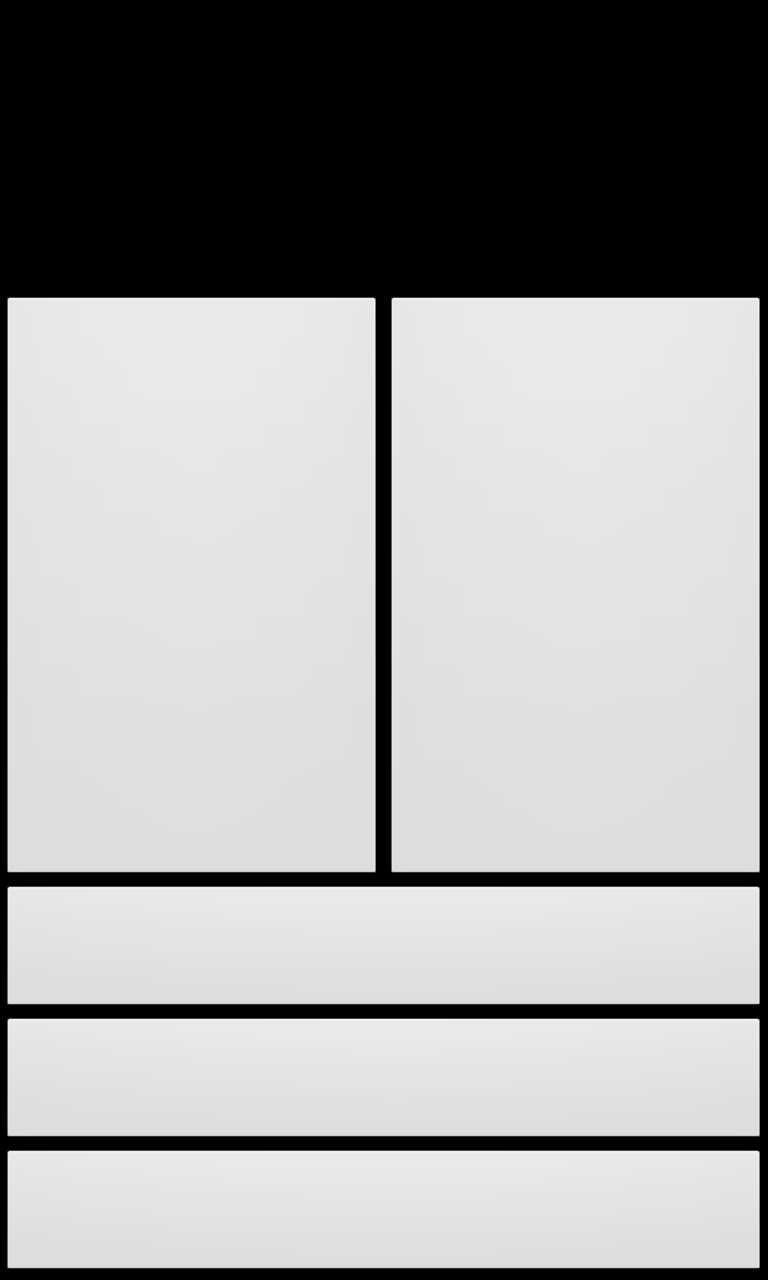
Repository: limjunghoon/fmfinance
Layout: trunk/Sample/Test/FmFinanceLayout/res/layout/main.xml
An editor plug-in stored every save of this project. The layout is shown before and after the next save, followed by the edit.
It is drawn on a 768 x 1280 px phone screen (xhdpi) without system bars, with theme android:Theme; the app's code is not run.

Above is the layout before, as saved 2010-07-13 08:42:50.

### trunk/Sample/Test/FmFinanceLayout/res/layout/main.xml
<?xml version="1.0" encoding="utf-8"?>
<LinearLayout xmlns:android="http://schemas.android.com/apk/res/android"
    android:orientation="vertical"
    android:layout_width="fill_parent"
    android:layout_height="fill_parent"
    >

<LinearLayout android:id="@+id/LinearLayoutMainPosition" android:layout_width="fill_parent" android:layout_weight="1" android:layout_height="wrap_content">


</LinearLayout>
<LinearLayout android:id="@+id/LinearLayoutIncomeExpensRate" android:layout_width="fill_parent" android:layout_weight="2" android:layout_height="wrap_content"></LinearLayout>
<LinearLayout android:id="@+id/LinearLayoutIncomeExpensBtn" android:layout_weight="5" android:layout_width="fill_parent" android:layout_height="wrap_content">

<Button android:text="@+id/Button01" android:id="@+id/Button01" android:layout_width="wrap_content" android:layout_weight="1" android:layout_height="fill_parent" android:layout_gravity="center"></Button>
<Button android:text="@+id/Button02" android:id="@+id/Button02" android:layout_width="wrap_content" android:layout_weight="1" android:layout_height="fill_parent" android:layout_gravity="center"></Button>
</LinearLayout>
<LinearLayout android:id="@+id/LinearLayoutTodayInfo" android:layout_width="fill_parent" android:layout_weight="4" android:orientation="vertical">




<Button></Button>
<Button android:text="@+id/Button03" android:id="@+id/Button03" android:layout_weight="1" android:layout_width="fill_parent"></Button>
<Button android:text="@+id/Button04" android:id="@+id/Button04" android:layout_weight="1" android:layout_width="fill_parent"></Button>
<Button android:text="@+id/Button05" android:id="@+id/Button05" android:layout_weight="1" android:layout_width="fill_parent"></Button>
</LinearLayout>

<LinearLayout android:id="@+id/LinearLayout01" android:layout_height="wrap_content"></LinearLayout>
</LinearLayout>

After the next save:
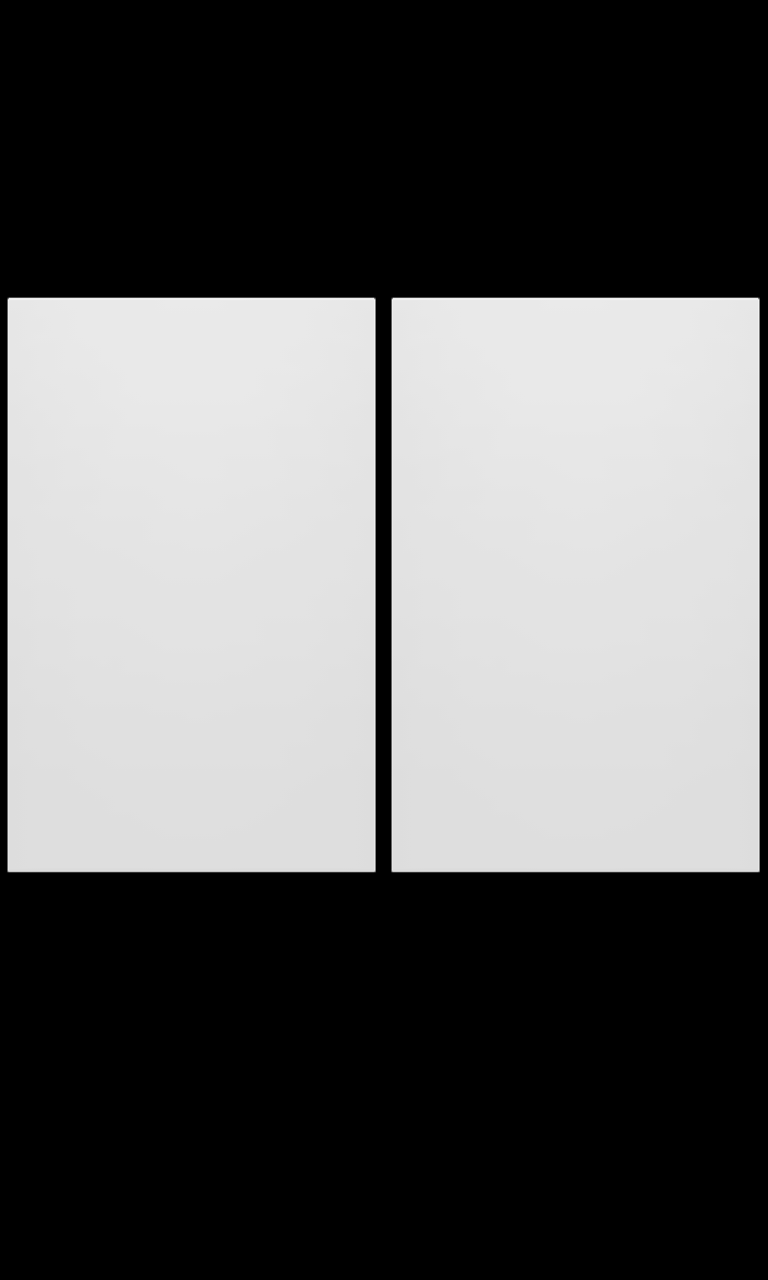
Saved 33 s later.
--- a/trunk/Sample/Test/FmFinanceLayout/res/layout/main.xml
+++ b/trunk/Sample/Test/FmFinanceLayout/res/layout/main.xml
@@ -12,19 +12,14 @@
 <LinearLayout android:id="@+id/LinearLayoutIncomeExpensRate" android:layout_width="fill_parent" android:layout_weight="2" android:layout_height="wrap_content"></LinearLayout>
 <LinearLayout android:id="@+id/LinearLayoutIncomeExpensBtn" android:layout_weight="5" android:layout_width="fill_parent" android:layout_height="wrap_content">
 
-<Button android:text="@+id/Button01" android:id="@+id/Button01" android:layout_width="wrap_content" android:layout_weight="1" android:layout_height="fill_parent" android:layout_gravity="center"></Button>
-<Button android:text="@+id/Button02" android:id="@+id/Button02" android:layout_width="wrap_content" android:layout_weight="1" android:layout_height="fill_parent" android:layout_gravity="center"></Button>
+<Button android:text="@+id/Button01" android:id="@+id/Button01" android:layout_width="wrap_content" android:layout_weight="1" android:layout_height="fill_parent"></Button>
+<Button android:text="@+id/Button02" android:id="@+id/Button02" android:layout_width="wrap_content" android:layout_weight="1" android:layout_height="fill_parent"></Button>
 </LinearLayout>
-<LinearLayout android:id="@+id/LinearLayoutTodayInfo" android:layout_width="fill_parent" android:layout_weight="4" android:orientation="vertical">
+<LinearLayout android:id="@+id/LinearLayoutTodayInfo" android:layout_width="fill_parent" android:layout_weight="4" android:layout_height="wrap_content" android:orientation="vertical">
 
 
 
 
-<Button></Button>
-<Button android:text="@+id/Button03" android:id="@+id/Button03" android:layout_weight="1" android:layout_width="fill_parent"></Button>
-<Button android:text="@+id/Button04" android:id="@+id/Button04" android:layout_weight="1" android:layout_width="fill_parent"></Button>
-<Button android:text="@+id/Button05" android:id="@+id/Button05" android:layout_weight="1" android:layout_width="fill_parent"></Button>
 </LinearLayout>
 
-<LinearLayout android:id="@+id/LinearLayout01" android:layout_height="wrap_content"></LinearLayout>
 </LinearLayout>
